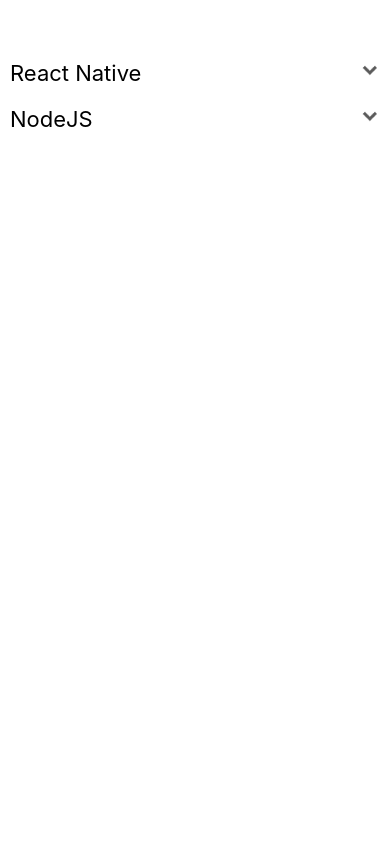
Repository: likanbl/intern-feature
Screen: /
These files come from the project's save history. The screen is drawn as it stood at one moment and after a run of saves; the edit follows.
The app was drawn by React Native's web renderer in a window 390 px wide. The project was rebuilt for these pictures with package versions that can differ from the ones it lists, and the page was loaded fresh each time. Also part of the build but not shown: src/components/home/CardSection.js.

Above is the screen before, as saved 2019-09-11 14:36:25.

### App.js
/**
 * Sample React Native App
 * https://github.com/facebook/react-native
 *
 * @format
 * @flow
 */

import React, {Component} from 'react';

import Home from './src/components/home/Home';

export default class App extends Component {
  render() {
    return <Home></Home>;
  }
}

### src/components/home/Home.js
import React, {Component} from 'react';
import {View, FlatList, Text, StyleSheet} from 'react-native';

import {HomeItem} from './HomeItem';

const data = [
  {title: 'React Native', description: 'JS Framework'},
  {title: 'NodeJS', description: 'JS Env '},
];
export default class Home extends Component {
  renderItem = ({item}) => <HomeItem item={item} />;

  render() {
    return (
      <View style={styles.container}>
        <FlatList
          data={data}
          renderItem={this.renderItem}
          keyExtractor={(index, _) => index + ''}
        />
      </View>
    );
  }
}

const styles = StyleSheet.create({
  container: {
    flex: 1,
    backgroundColor: 'white',
    paddingTop: 50,
  },
});

### src/components/home/HomeItem.js
import React, {Component} from 'react';
import {
  View,
  Text,
  Image,
  TouchableWithoutFeedback,
  StyleSheet,
} from 'react-native';
import PropTypes from 'prop-types';
import {images} from '../../assets/images';
import CardSection from './CardSection';

const propTypes = {
  item: PropTypes.object,
};

class HomeItem extends Component {
  state = {
    isSelected: false,
  };

  onPress = () => {
    this.setState((prevState, prevProps) => ({
      isSelected: !prevState.isSelected,
    }));
  };

  renderDetails = () => (
    <View style={styles.titleContainer}>
      <Text style={styles.description}>{this.props.item.description}</Text>
    </View>
  );

  render() {
    const {isSelected} = this.state;
    return (
      <View style={styles.container}>
        <TouchableWithoutFeedback onPress={this.onPress}>
          <View style={styles.titleContainer}>
            <Text style={styles.title}>{this.props.item.title}</Text>
            <Image
              source={isSelected ? images.close : images.expand}
              style={styles.image}
            />
          </View>
        </TouchableWithoutFeedback>
        {isSelected && this.renderDetails()}
      </View>
    );
  }
}
HomeItem.propTypes = propTypes;

const styles = StyleSheet.create({
  container: {
    flex: 1,
    flexDirection: 'column',
    margin: 10,
  },
  titleContainer: {
    flexDirection: 'row',
    justifyContent: 'flex-end',
  },
  title: {
    flex: 1,
    fontSize: 22,
  },
  description: {
    flex: 1,
    fontSize: 22,
    color: 'gray',
    paddingTop: 10,
  },
  image: {
    width: 20,
    height: 20,
  },
});

export {HomeItem};

### src/assets/images.js
export const images = {
  expand: require('../../resources/expand.png'),
  close: require('../../resources/close.png'),
};

After the next 2 saves:
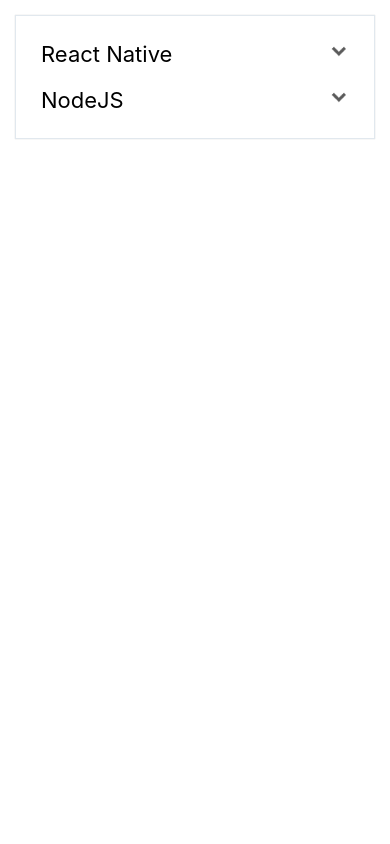
The 2 saves are shown as one change because 1 did not build or start.
The last was saved 10 min 38 s later.
--- a/src/components/home/Home.js
+++ b/src/components/home/Home.js
@@ -1,6 +1,6 @@
 import React, {Component} from 'react';
 import {View, FlatList, Text, StyleSheet} from 'react-native';
-
+import {Card} from 'react-native-elements';
 import {HomeItem} from './HomeItem';
 
 const data = [
@@ -12,13 +12,15 @@
 
   render() {
     return (
-      <View style={styles.container}>
-        <FlatList
-          data={data}
-          renderItem={this.renderItem}
-          keyExtractor={(index, _) => index + ''}
-        />
-      </View>
+      <Card>
+        <View style={StyleSheet.container}>
+          <FlatList
+            data={data}
+            renderItem={this.renderItem}
+            keyExtractor={(index, _) => index + ''}
+          />
+        </View>
+      </Card>
     );
   }
 }
